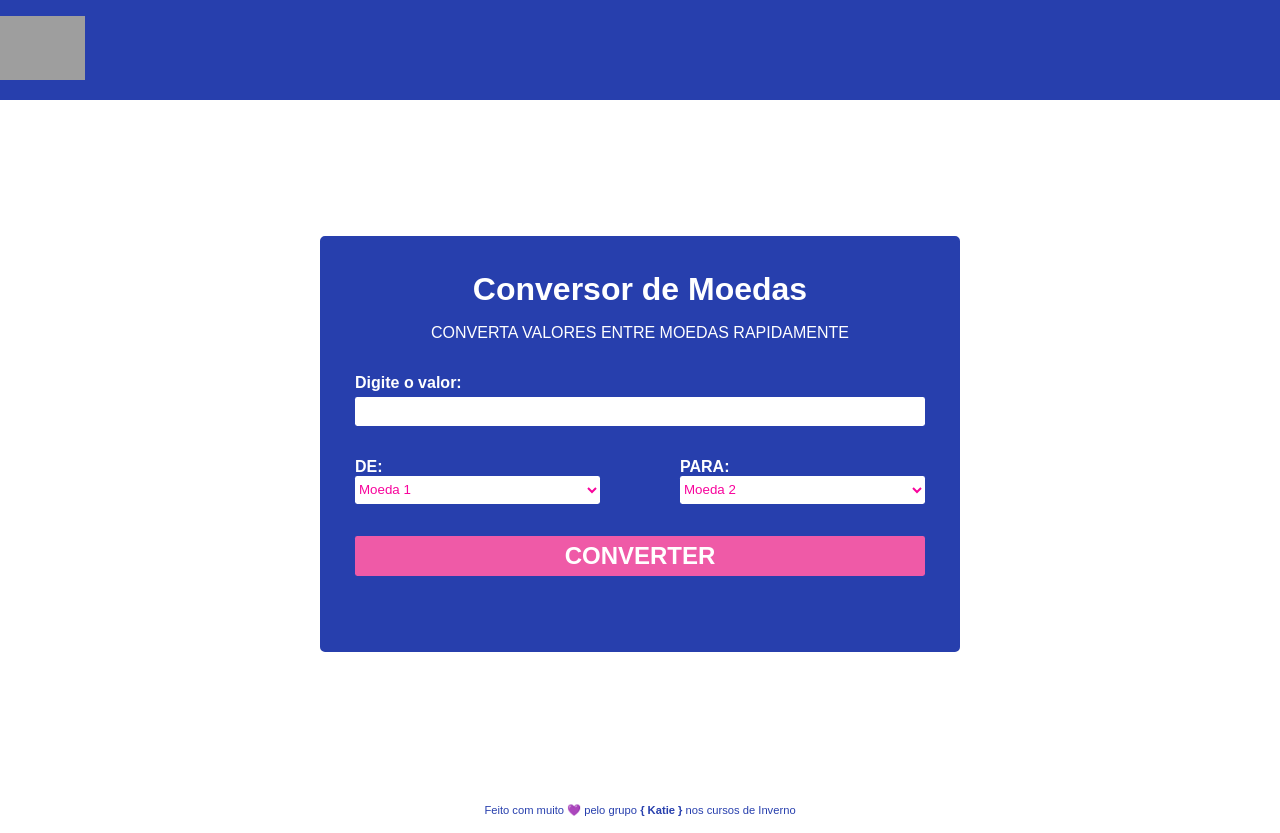
Repository: willamesalmeida/Conversor-de-Moedas
Page: index.html
These files come from the project's save history. The page is drawn as it stood at one moment and after the next save; the edit follows.
The browser window is 1280 px wide. The pictures show the whole page.
Pictures or frames that could not be fetched are drawn as grey boxes.

Above is the page before, as saved 2022-08-07 13:55:34.

After the next save:
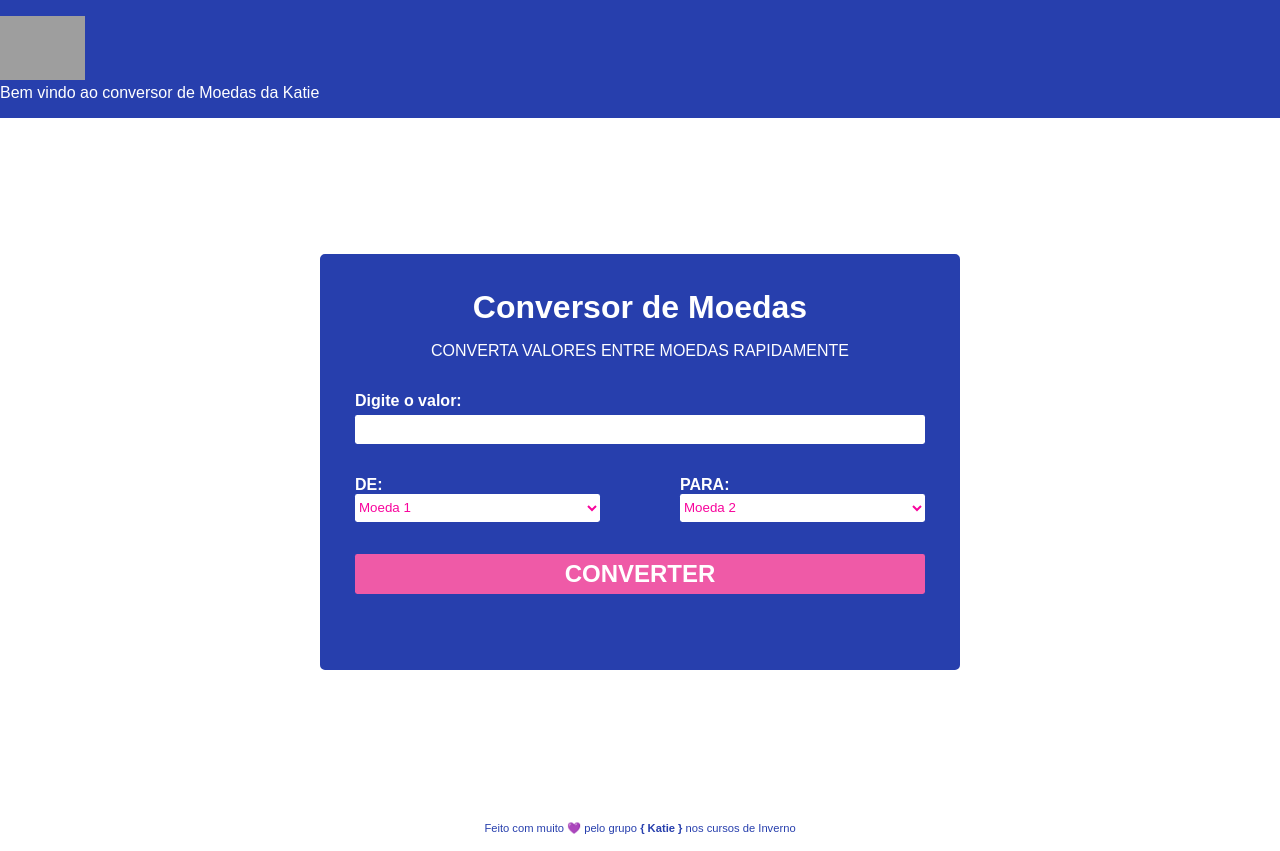
Saved 3 min 1 s later.
--- a/index.html
+++ b/index.html
@@ -12,6 +12,7 @@
 
     <header class="cabecalho">
         <img class="gif-katie" src="https://ic.ufal.br/extensao/katie/resources/logoanim.gif"/>
+        <p>Bem vindo ao conversor de Moedas da Katie</p>
     </header>
     <main class="container">
         <section class="card">
